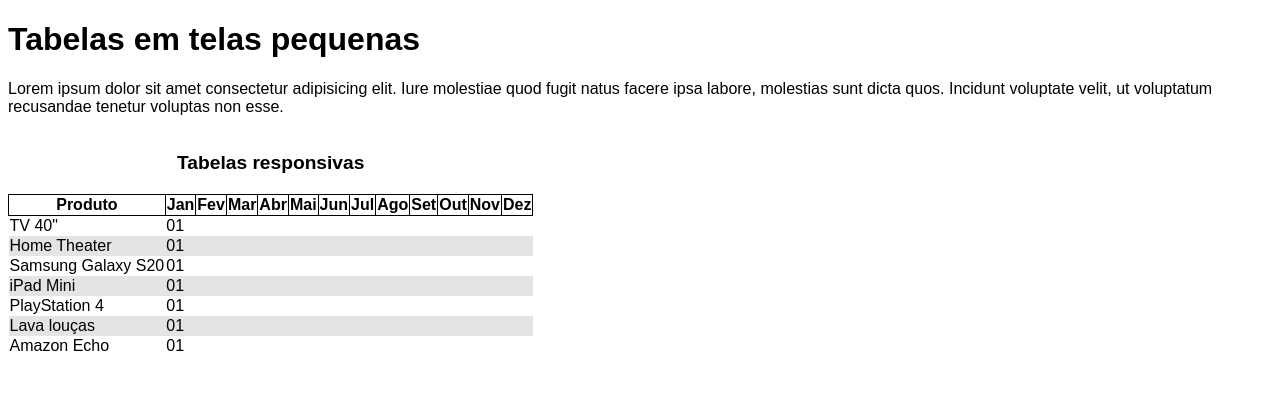
Repository: railsondev/html-css
Page: Módulo3/Exercicios/Ex02 - Tabelas/tabela005.html
An editor plug-in stored every save of this project. The page is shown before and after a run of saves, followed by the edit.
The browser window is 1280 px wide. The pictures show the whole page.

Above is the page before, as saved 2024-10-22 15:21:11.

### Módulo3/Exercicios/Ex02 - Tabelas/tabela005.html
<!DOCTYPE html>
<html lang="pt-br">
<head>
  <meta charset="UTF-8">
  <meta name="viewport" content="width=device-width, initial-scale=1.0">
  <title>Tabelas responsivas</title>
  <link rel="stylesheet" href="src/css/estilo05.css">
</head>
<body>
  <h1>Tabelas em telas pequenas</h1>
  <p>Lorem ipsum dolor sit amet consectetur adipisicing elit. Iure molestiae quod fugit natus facere ipsa labore, molestias sunt dicta quos. Incidunt voluptate velit, ut voluptatum recusandae tenetur voluptas non esse.</p>
  <table>
    <colgroup>
      <col class="produto">
    </colgroup>
    <caption>Tabelas responsivas</caption>
    <thead>
      <tr>
        <th>Produto</th>
        <th>Jan</th>
        <th>Fev</th>
        <th>Mar</th>
        <th>Abr</th>
        <th>Mai</th>
        <th>Jun</th>
        <th>Jul</th>
        <th>Ago</th>
        <th>Set</th>
        <th>Out</th>
        <th>Nov</th>
        <th>Dez</th>
      </tr>
    </thead>
    <tbody>
      <tr>
        <td>TV 40"</td>
        <td>01</td>
        <td></td>
        <td></td>
        <td></td>
        <td></td>
        <td></td>
        <td></td>
        <td></td>
        <td></td>
        <td></td>
        <td></td>
        <td></td>
      </tr>
      <tr>
        <td>Home Theater</td>
        <td>01</td>
        <td></td>
        <td></td>
        <td></td>
        <td></td>
        <td></td>
        <td></td>
        <td></td>
        <td></td>
        <td></td>
        <td></td>
        <td></td>
      </tr>
      <tr>
        <td>Samsung Galaxy S20</td>
        <td>01</td>
        <td></td>
        <td></td>
        <td></td>
        <td></td>
        <td></td>
        <td></td>
        <td></td>
        <td></td>
        <td></td>
        <td></td>
        <td></td>
      </tr>
      <tr>
        <td>iPad Mini</td>
        <td>01</td>
        <td></td>
        <td></td>
        <td></td>
        <td></td>
        <td></td>
        <td></td>
        <td></td>
        <td></td>
        <td></td>
        <td></td>
        <td></td>
      </tr>
      <tr>
        <td>PlayStation 4</td>
        <td>01</td>
        <td></td>
        <td></td>
        <td></td>
        <td></td>
        <td></td>
        <td></td>
        <td></td>
        <td></td>
        <td></td>
        <td></td>
        <td></td>
      </tr>
      <tr>
        <td>Lava louças</td>
        <td>01</td>
        <td></td>
        <td></td>
        <td></td>
        <td></td>
        <td></td>
        <td></td>
        <td></td>
        <td></td>
        <td></td>
        <td></td>
        <td></td>
      </tr>
      <tr>
        <td>Amazon Echo</td>
        <td>01</td>
        <td></td>
        <td></td>
        <td></td>
        <td></td>
        <td></td>
        <td></td>
        <td></td>
        <td></td>
        <td></td>
        <td></td>
        <td></td>
      </tr>
    </tbody>
    <tfoot>

    </tfoot>
  </table>
</body>
</html>

### Módulo3/Exercicios/Ex02 - Tabelas/src/css/estilo05.css
@charset 'UTF-8';

body {
  font-family: Arial, Helvetica, sans-serif;
}

table {
  border-collapse: collapse;
}

caption {
  font-size: 1.2em;
  font-weight: bolder;
  padding: 20px;
}

th {
  border: 1px solid black;
}

/* td {
  text-align: center;
  vertical-align: center;
} */

tr:nth-child(even) {
  background-color: rgb(228, 228, 228);
}

After the next 3 saves:
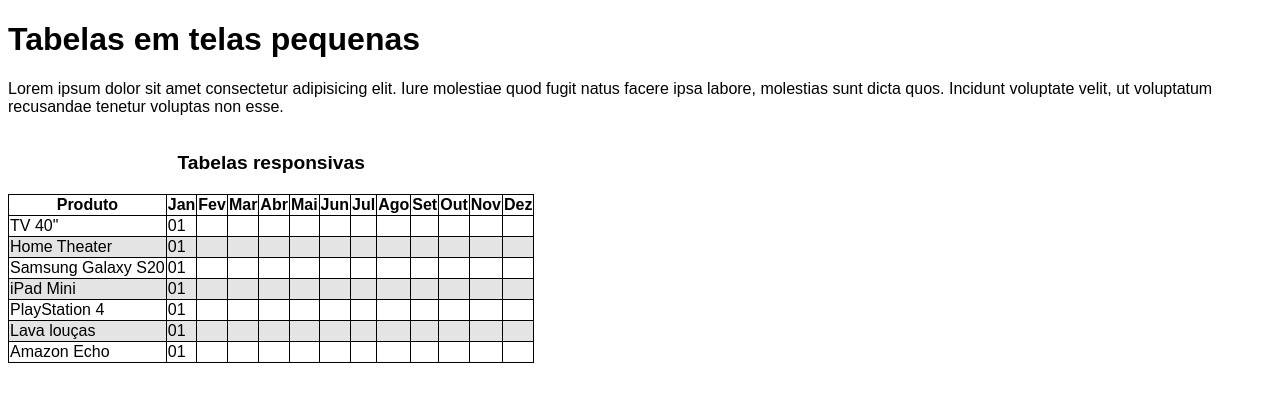
The 3 saves are shown as one change because they came seconds apart.
The last was saved 13 s later.
--- a/Módulo3/Exercicios/Ex02 - Tabelas/src/css/estilo05.css
+++ b/Módulo3/Exercicios/Ex02 - Tabelas/src/css/estilo05.css
@@ -14,7 +14,7 @@ caption {
   padding: 20px;
 }
 
-th {
+th, td{
   border: 1px solid black;
 }
 
